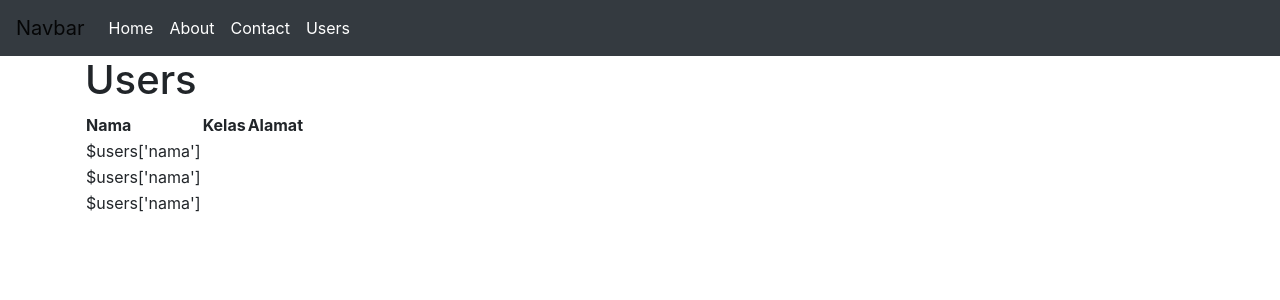
Repository: syawal2kalii/parsinta_clone_model
Page: http://localhost/user
The author's editor kept a copy of each file at every save. The page is drawn from the files as they stood at one save, then again after the next save.
The browser window is 1280 px wide. The pictures show the whole page.
The page is served by the project's Laravel application, run on PHP 8.4 with Laravel 8.

Above is the page before, as saved 2019-12-26 20:18:21.

After the next save:
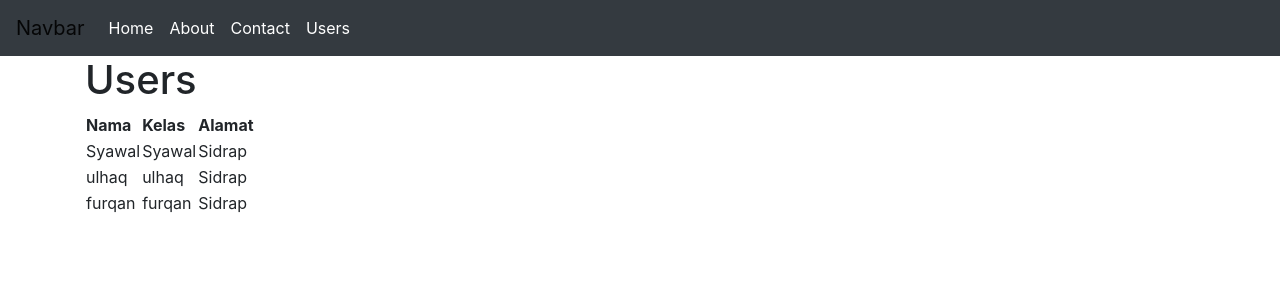
Saved 23 s later.
--- a/resources/views/users.blade.php
+++ b/resources/views/users.blade.php
@@ -14,9 +14,9 @@
             </tr>
         @foreach ($data as $users)
             <tr>
-                <td>$users['nama']</td>
-                <td></td>
-                <td></td>
+                <td>{{$users['nama']}}</td>
+                <td>{{$users['nama']}}</td>
+                <td>{{$users['Alamat']}}</td>
             </tr>
         @endforeach
         </table>
